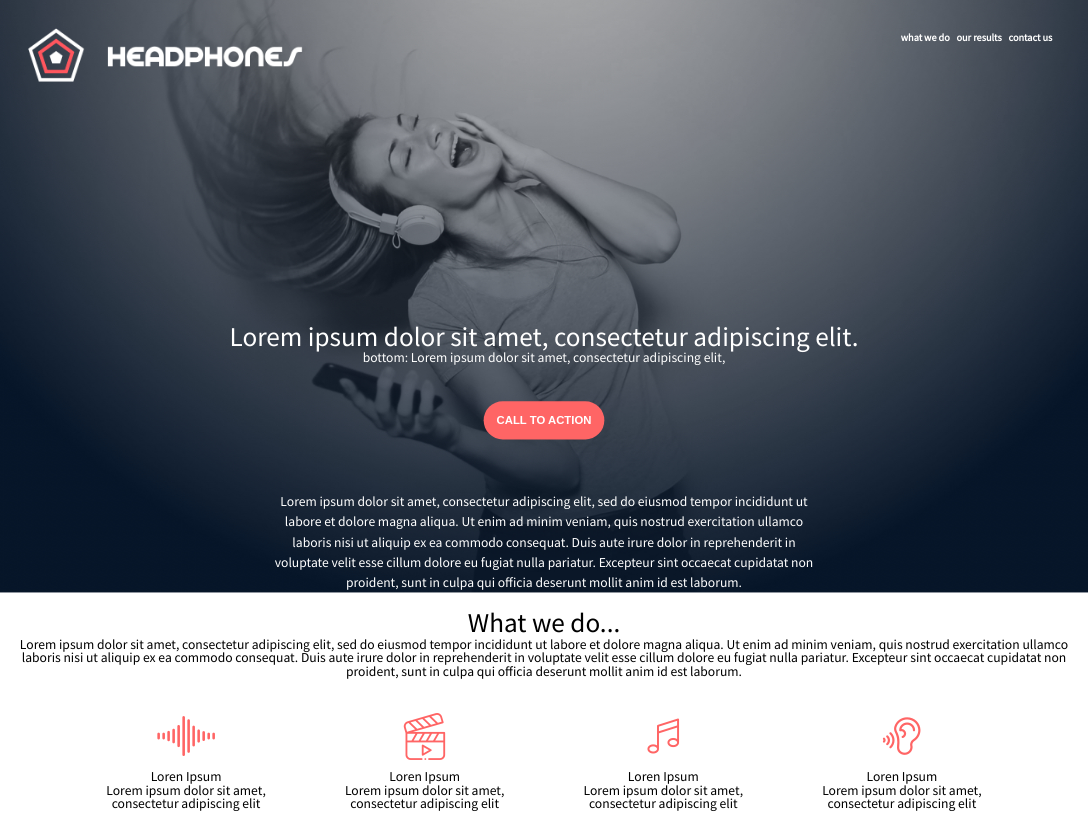
Repository: seleniadelgado/holbertonschool-web_front_end
Page: 0x09-implement_a_design_from_scratch/1-index.html
An editor plug-in stored every save of this project. The page is shown before and after the next save, followed by the edit.
The browser window is 1280 px wide. The pictures show the whole page, at 85% of full size.

Above is the page before, as saved 2020-03-20 13:06:37.

After the next save:
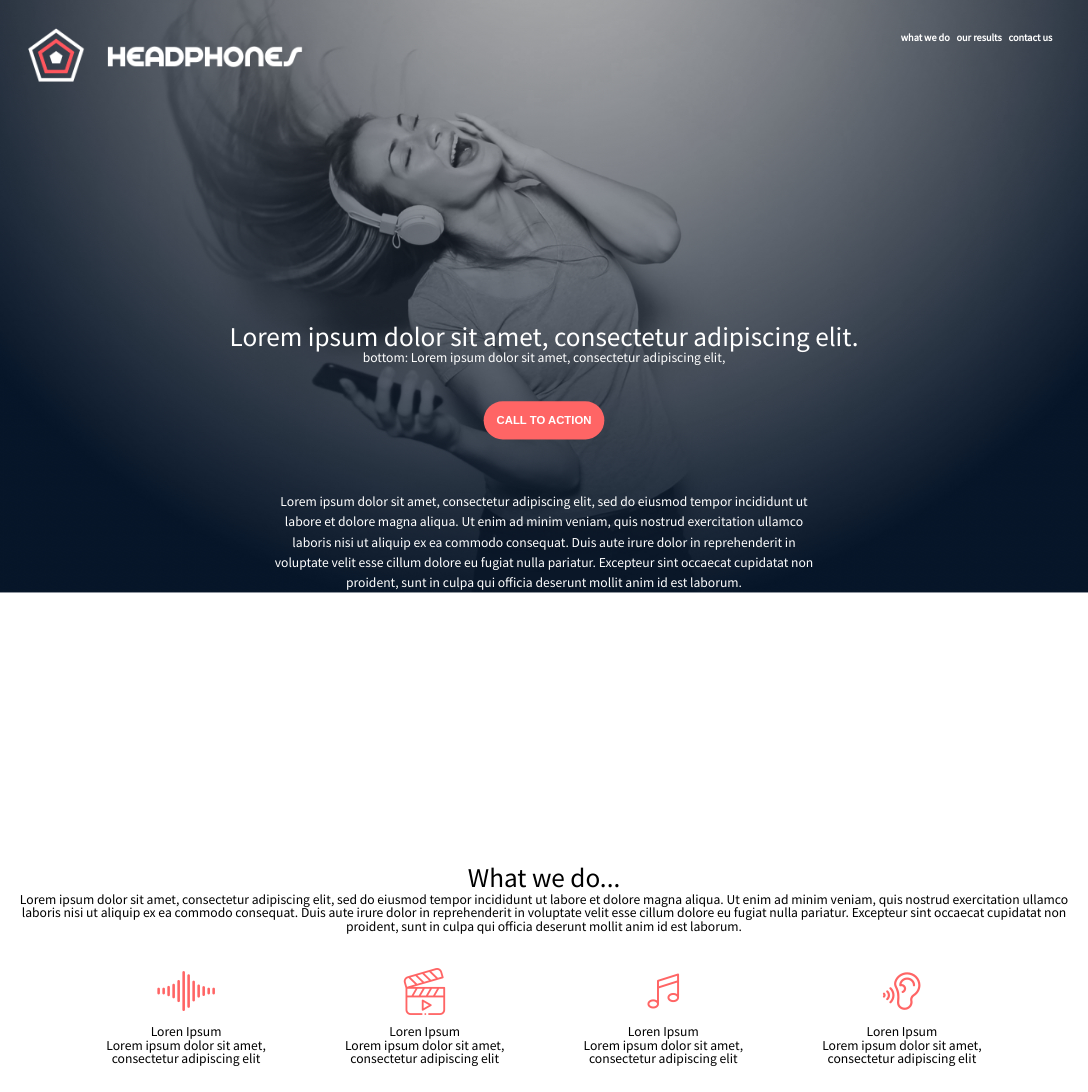
Saved 8 s later.
--- a/0x09-implement_a_design_from_scratch/1-styles.css
+++ b/0x09-implement_a_design_from_scratch/1-styles.css
@@ -239,7 +239,7 @@
 
 }
 #whatWeDo {
-    margin-top: 20px;
+    margin-top: 20em;
 }
 .content h1 {
     font-size: var(--font-size-lg);
